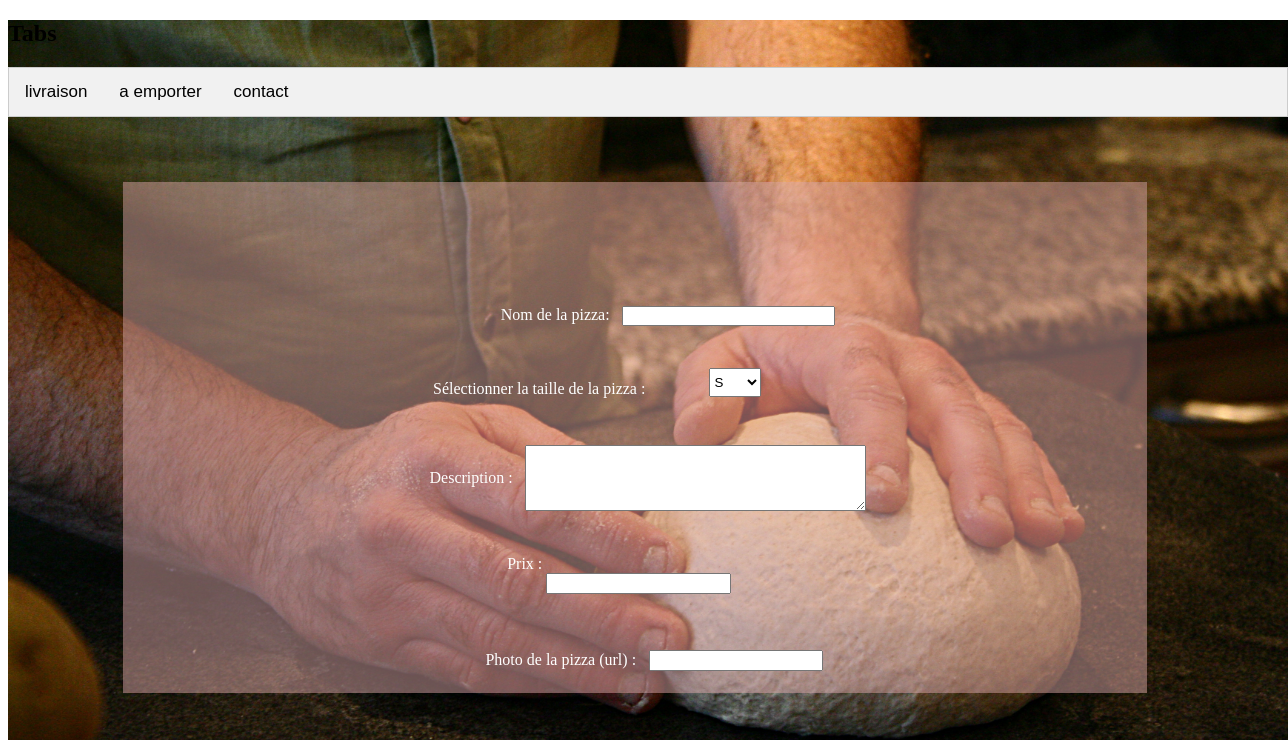
Repository: dev84-unalien/pippo_pizza
Page: admin.html
These files come from the project's save history. The page is drawn as it stood at one moment and after a run of saves; the edit follows.
The browser window is 1280 px wide. The page is 1288 px wide, so the pictures cover 1288 px, including what lies to the right of the window. The pictures show the whole page.

Above is the page before, as saved 2019-09-10 16:10:16.

### admin.html
<!DOCTYPE html>
<html lang="en">

<head>
    <meta charset="UTF-8">
    <meta name="viewport" content="width=device-width, initial-scale=1.0">
    <meta http-equiv="X-UA-Compatible" content="ie=edge">
    <title>pizzaria pippo</title>
    <link rel="stylesheet" href="admin.css">
    <script src="jquery-3.4.1.min.js"></script>
    <script src="admin.js"></script>

</head>

<body>
    <div id=unos>
        <div id=commande>

            <h2>Tabs</h2>


            <div class="tab">
                <button class="tablinks" onclick="openCity(event, 'livraison')">livraison</button>
                <button class="tablinks" onclick="openCity(event, 'emporter')">a emporter</button>
                <button class="tablinks" onclick="openCity(event, 'contact')">contact</button>
            </div>

            <div id="livraison" class="tabcontent">
                <h3>livraison</h3>
            </div>

            <div id="emporter" class="tabcontent">
                <h3>emporter</h3>

            </div>

            <div id="contact" class="tabcontent">
            </div>
            </form>

         <div id="body">
            <div id="Gcadre">
                 <div id="Nom">Nom de la pizza:<input id="écriture"></input></div>
                  <div id="Taille">
                  <p>Sélectionner la taille de la pizza :</p>
                   <select >
                         <option value="S">S</option>
                         <option value="M">M</option>
                         <option value=">L">L</option>
                         <option value="XL">XL</option>
                         <option value="XXL">XXL</option>
                     </select>
                </div>
                <div id="Description">Description :<TEXTAREA name="desc" rows=4 cols=40></TEXTAREA></div>
                <div id="Prix">Prix : <input id="prix1"></input></div>

                <div id="Image"> Photo de la pizza (url) :<input id="imgpizza"></input></div>
            </div>

        </div>
    </div>
</body>

</html>

### admin.css
#unos {
  height: 100vh;
  width: 100vw;
  background-image: url("images/ajoutpizza.jpg");
  justify-content: cover;
  background-size: 100vw;
}
#body{
    width: 100vw;
    height: 80vh;
    display: flex;
  flex-direction: column;
  justify-content: center;
  align-content: center;
}
#Gcadre {
  display: flex;
  flex-direction: column;
  justify-content: space-around;
  align-items: center;
  width: 80vw;
  height: 80vh;
  background-color: rgba(216, 166, 166, 0.5);
  margin-left: 9vw;
  margin-top:9vh;
  color: white;
}

#Nom {
  margin-left: 9vw;
  display: flex;
  color: white;
  margin-top: 8vw;
  width: 30vw;
  height:2vh;
}
#écriture{
  width:16vw;
  height:2vh;
  margin-left:1vw;
}

#Taille {
  margin-right: 6vw;
  display: flex;
  justify-content: center;
  align-content: center;
  width: 80vw;
  height: 5vh;
}
select {
  width: 4vw;
  height: 4vh;
  margin-top: 0.5vh;
  margin-left: 5vw;
}

#Description{
  margin-left: 2vw;
  size: 5rem;
  display: flex;
  justify-content: center;
  align-items: center;

}
#Prix{
  width: 20vw;
  height: 4vw;

}
#prix1{
  margin-left:3vw;
}
#imgpizza{
width: 13vw;
margin-left:1vw;
}
#Image{
  margin-left: 3vw;
}
TEXTAREA{
  margin-left:1vw;

}
p {
  color: white;
}

#formulaire {
  height: 50%;
  width: 50%;
  background-color: aliceblue;
}

#livraison {
  background-color: aquamarine;
}

#emporter {
  background-color: beige;
}
#contact {
  background-color: powderblue;
}

.tab {
  overflow: hidden;
  border: 1px solid #ccc;
  background-color: #f1f1f1;
}

/* Style the buttons inside the tab */

.tab button {
  background-color: inherit;
  float: left;
  border: none;
  outline: none;
  cursor: pointer;
  padding: 14px 16px;
  transition: 0.3s;
  font-size: 17px;
}

/* Change background color of buttons on hover */

.tab button:hover {
  background-color: red;
}

/* Create an active/current tablink class */

.tab button.active {
  background-color: red;
}

/* Style the tab content */

.tabcontent {
  display: none;
  padding: 6px 12px;
  border: 1px solid red;
  border-top: none;
}

Loaded but not shown: jquery-3.4.1.min.js (library); admin.js (no copy from this time; the picture is the same without it)

After the next 5 saves:
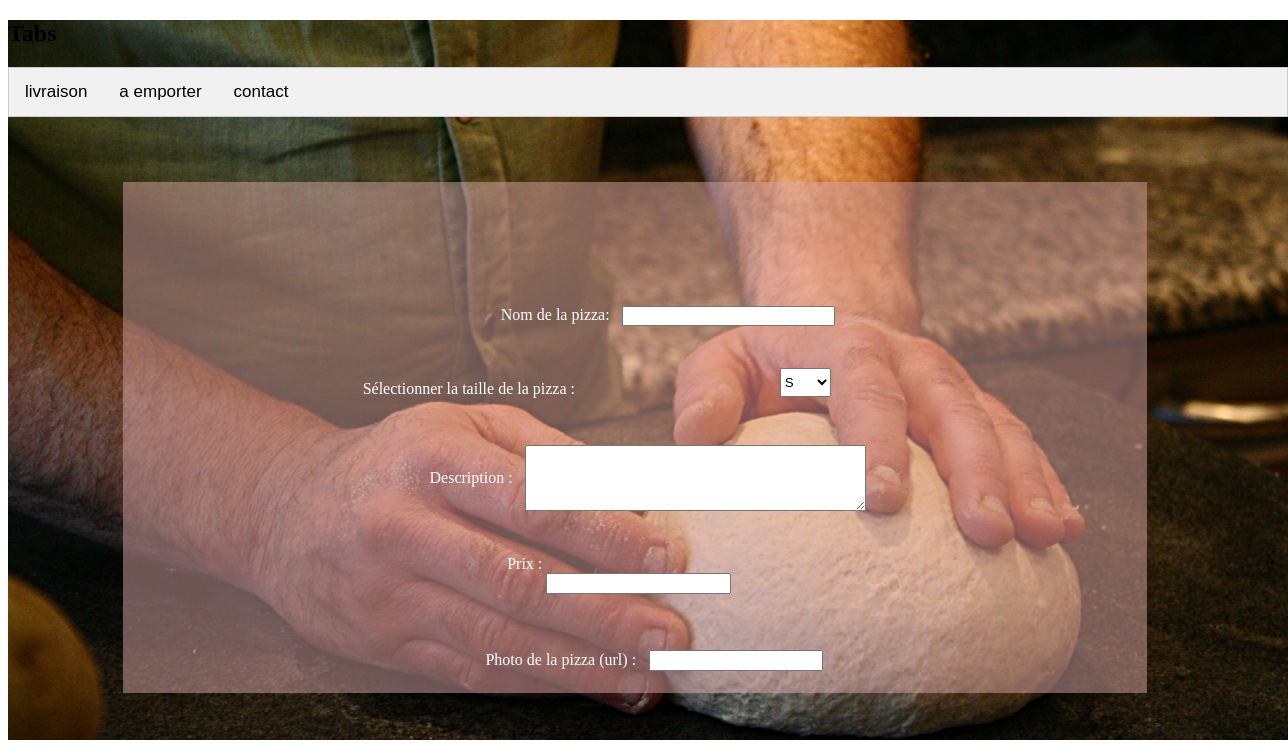
The 5 saves are shown as one change because they came seconds apart.
The last was saved 22 s later.
--- a/admin.css
+++ b/admin.css
@@ -52,7 +52,7 @@ select {
   width: 4vw;
   height: 4vh;
   margin-top: 0.5vh;
-  margin-left: 5vw;
+  margin-left: 16vw;
 }
 
 #Description{
